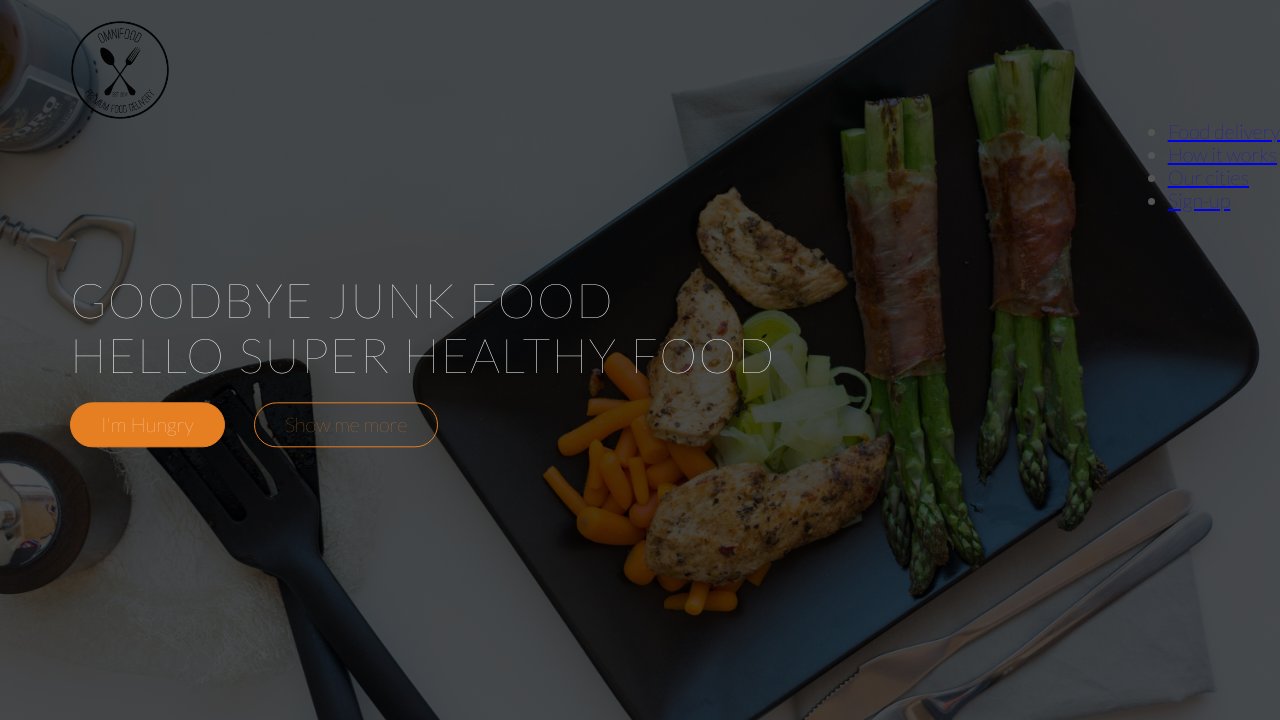
Repository: Priyanshubhartistm/FOODS-PROJECT
Page: index.html
The author's editor kept a copy of each file at every save. The page is drawn from the files as they stood at one save, then again after a run of saves.
The browser window is 1280 px wide. The pictures show the whole page.

Above is the page before, as saved 2023-02-15 16:03:09.

### index.html
<!DOCTYPE html>
<html>

<head>
    <title>My food project</title>
    <!-- Linking Normalize CSS file to html document to makes browsers render all elements more consistently and in line with modern standards. -->
    <link rel="stylesheet" href="vendors/css/normalize.css">
    <link rel="stylesheet" href="vendors/css/grid.css">
    <!-- Linking Google Fonts here -->
    <link rel="preconnect" href="https://fonts.googleapis.com">
    <link rel="preconnect" href="https://fonts.gstatic.com" crossorigin>
    <link href="https://fonts.googleapis.com/css2?family=Lato:wght@100;700&display=swap" rel="stylesheet">
    <!-- Linking Style sheet to html document -->
    <link rel="stylesheet" href="resources/css/style.css">

</head>

<body>
    <header>

        <nav>
            <div class="row">
                <img class="logo" src="resources/img/logo.png" alt="log-img">
            </div>
            <ul class="main-nav">
                <li><a href="#">Food delivery</a></li>
                <li><a href="#">How it works</a></li>
                <li><a href="#">Our cities</a></li>
                <li><a href="#">Sign-up</a></li>

            </ul>
        </nav>

        <div class="hero-text-box">
            <h1>Goodbye Junk food <br> Hello super healthy food</h1>
            <a class="btn btn-full" href="#">I'm Hungry</a>
            <a class="btn btn-ghost" href="#">Show me more</a>
        </div>
    </header>

</body>

</html>

### resources/css/style.css
* {
    margin: 0;
    padding: 0;
    box-sizing: border-box;
}

html {
    background-color: #ffffff;
    color: #555;
    font-family: 'Lato', sans-serif;
    font-weight: 300;
    font-size: 20px;
    text-rendering: optimizeLegibility;
}

.row {
    max-width: 1140px;
    margin: 0 auto;

}

header {
    background-image: linear-gradient(rgba(0, 0, 0, 0.7), rgba(0, 0, 0, 0.7)), url('img/hero.jpg');
    height: 100vh;
    background-size: cover;
    background-position: center;
}

h1 {
    margin-top: 0px;
    margin-bottom: 20px;
    color: white;
    font-size: 240%;
    font-weight: 300;
    text-transform: uppercase;
    letter-spacing: 1px;
    word-spacing: 3px;
}

.hero-text-box {
    position: absolute;
    width: 1140px;
    top: 50%;
    left: 50%;
    transform: translate(-50%, -50%);
}

.btn:link,
.btn:visited {
    display: inline-block;
    padding: 10px 30px;
    text-decoration: none;
    font-weight: 300;
    border-radius: 200px;
    transition: background-color 0.2s, border 0.2s, color 0.2s;

}

.btn-full:link,
.btn-full:visited {
    background-color: #e67e22;
    color: #fff;
    border: 1px solid #e67e22;
    margin-right: 25px;
}

.btn-ghost:visited,
.btn-ghost:link {
    border: 1px solid #e67e22;
    color: #e67e22;
}

.btn:hover,
.btn:active {
    background-color: #cf6d17;
}

.btn-ghost:hover,
.btn-ghost:active {
    border: 1px solid #cf6d17;
    color: #fff;

}

.btn-full:hover,
.btn-full:active {
    border: 1px solid #cf6d17;
}

.logo{
    height: 100px;
    width: auto;
    float: left;
    margin-top: 20px;
}

.main-nav{
    float: right;
    lif

}

Loaded but not shown: vendors/css/normalize.css (library); vendors/css/grid.css (library)

After the next 10 saves:
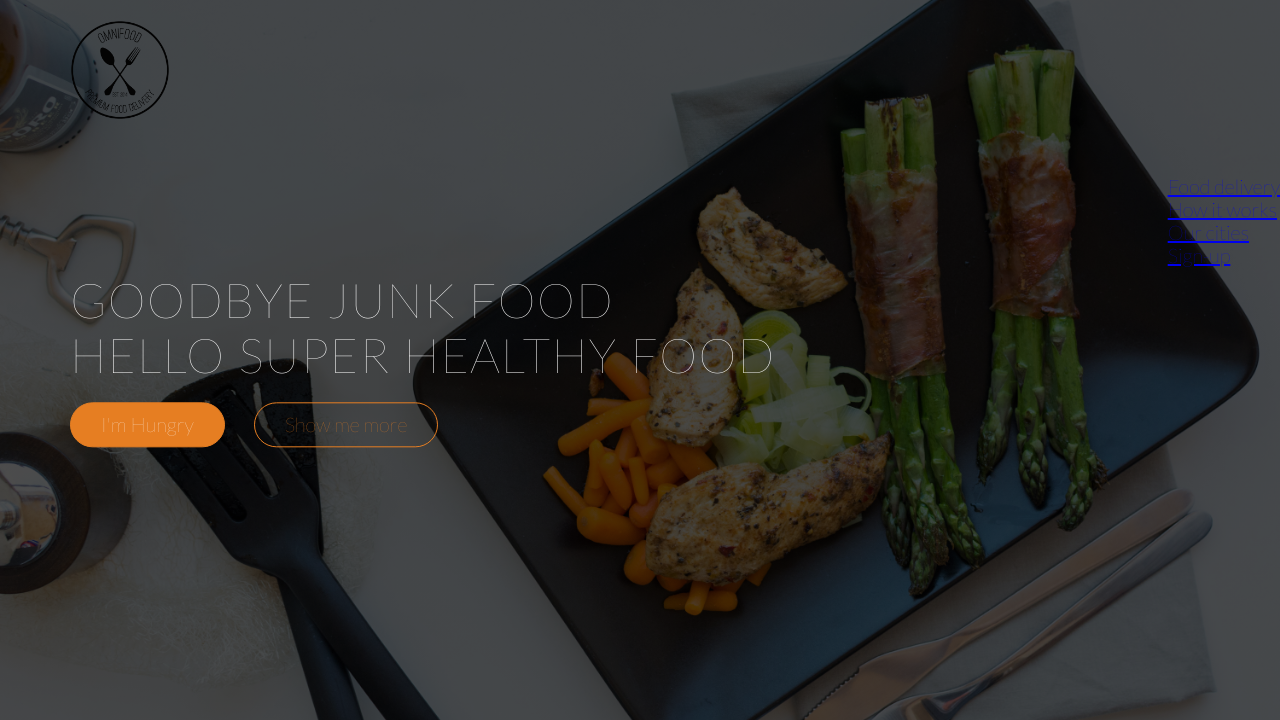
The 10 saves are shown as one change because they came seconds apart.
The last was saved 27 s later.
--- a/resources/css/style.css
+++ b/resources/css/style.css
@@ -96,6 +96,7 @@ h1 {
 
 .main-nav{
     float: right;
-    lif
+    list-style-type: none;
+    margin-top: 55px;
 
 }
